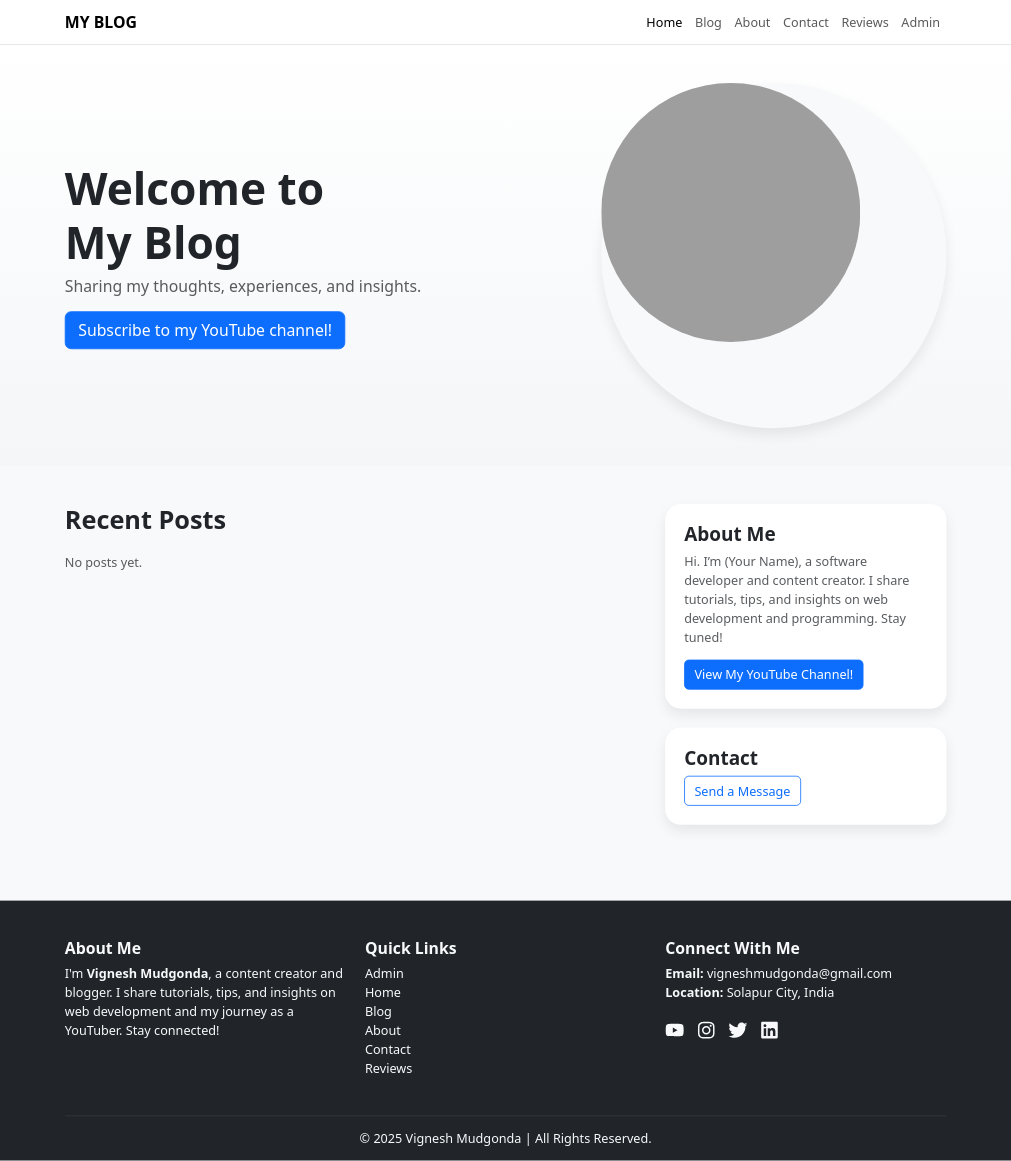
Repository: vigneshmudgonda/Blog2
Page: / (app in blog-frontend-full/)
An editor plug-in stored every save of this project. The page is shown before and after the next save, followed by the edit.
The browser window is 1280 px wide. The pictures show the whole page, at 79% of full size.
Pictures or frames that could not be fetched are drawn as grey boxes. The page's requests for data from a server got no answer. The project was rebuilt for these pictures with package versions that can differ from the ones it lists, and the page was loaded fresh each time. No one was signed in, and anything a server would have sent is missing. Also part of the build but not shown: blog-frontend-full/src/pages/BlogList.js, blog-frontend-full/src/pages/BlogDetail.js, blog-frontend-full/src/pages/Reviews.js, blog-frontend-full/src/pages/Contact.js, blog-frontend-full/src/pages/About.js, blog-frontend-full/src/pages/AdminLogin.js.

Above is the page before, as saved 2025-08-19 19:36:54.

After the next save:
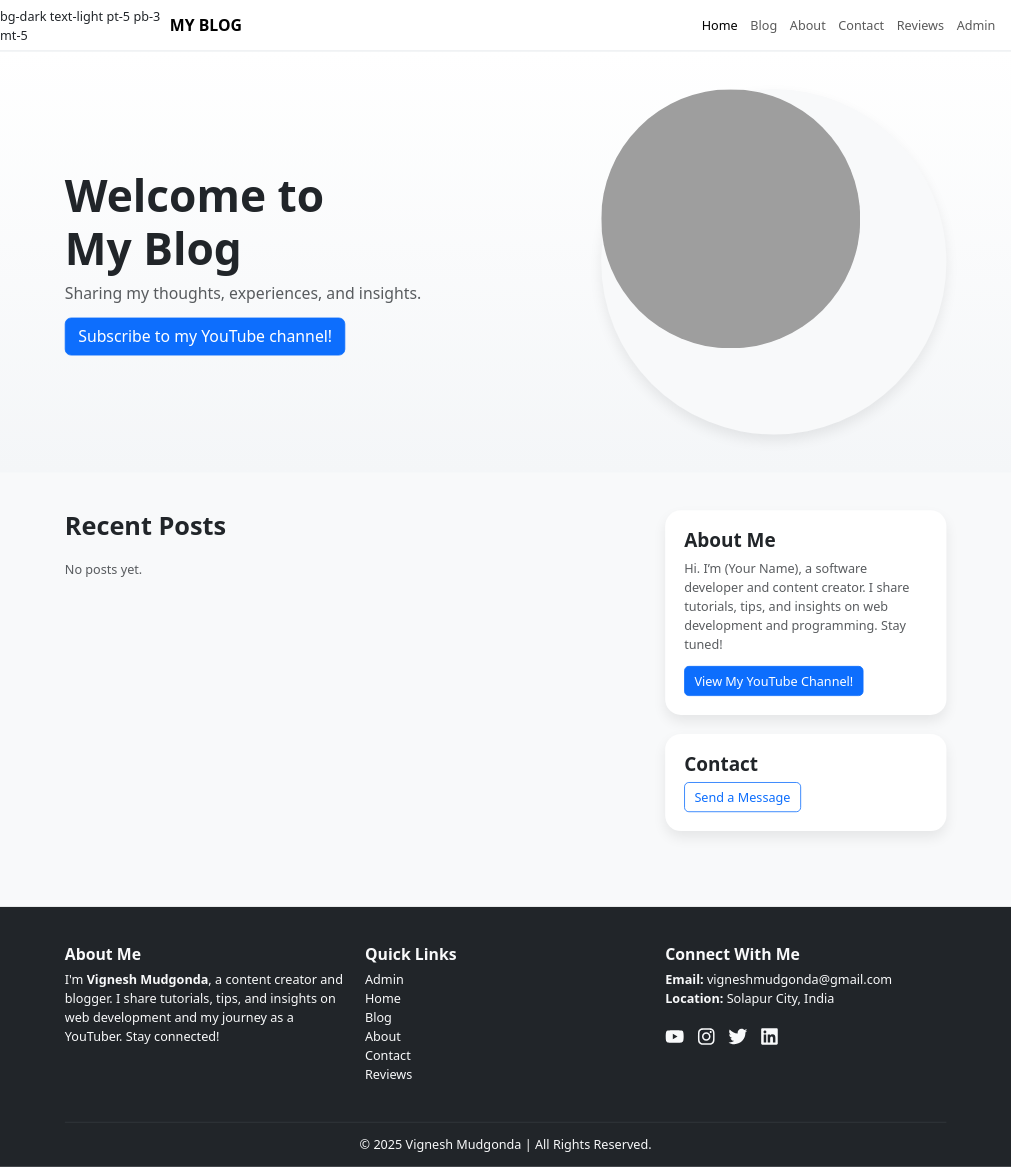
Saved 5 s later.
--- a/blog-frontend-full/src/components/Navbar.js
+++ b/blog-frontend-full/src/components/Navbar.js
@@ -3,7 +3,7 @@ import { Link, NavLink } from 'react-router-dom';
 
 export default function Navbar(){
   return (
-    <nav className="navbar navbar-expand-lg bg-white border-bottom sticky-top">
+    <nav className="navbar navbar-expand-lg bg-white border-bottom sticky-top">bg-dark text-light pt-5 pb-3 mt-5
       <div className="container">
         <Link className="navbar-brand fw-bold" to="/">MY BLOG</Link>
         <button className="navbar-toggler" type="button" data-bs-toggle="collapse" data-bs-target="#nav">
